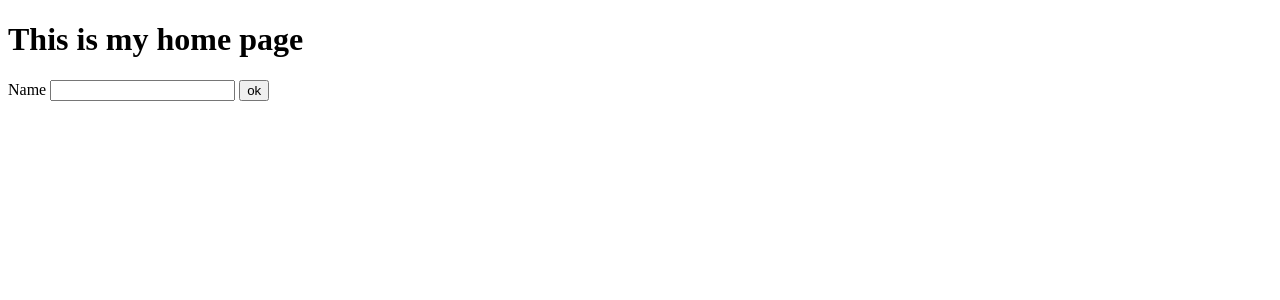
Repository: gautamsonam011/CMS
Page: http://localhost/home/
The author's editor kept a copy of each file at every save. The page is drawn from the files as they stood at one save, then again after the next save.
The browser window is 1280 px wide. The pictures show the whole page.
The page is served by the project's application, run on Django 5.2 (manage.py). Other server files are loaded and not shown.

Above is the page before, as saved 2025-09-06 11:52:48.

### templates/home.html
<!DOCTYPE html>
<html lang="en">
<head>
    <meta charset="UTF-8">
    <meta name="viewport" content="width=device-width, initial-scale=1.0">
    <title>Home Page</title>
    <!-- internal css
    external css
    inline css -->

</head>
<body>
    <h1>This is my home page</h1>
    <form action="" method="get">
        <label for="name" >Name</label>
        <input id="name" name="name" type="text">
        <input type="submit" value="ok">
    </form>
</body>
</html>

### CMS/views.py
# Here write your logical code
# This is a business logic layer
from django.http import HttpResponse
from django.shortcuts import render

def client_request_response(request):
    return HttpResponse("<h1>Hello Django Project</h1>")

def request_add_two_numbers(request):
    return HttpResponse("<h1>Add two numbers and sum = 78 </h1>")

def request_message(request):
    return HttpResponse("<h1>'Message type content' refers to either the actual data or text within a message (the content of the message) or, in a technical context, the definition of the structure and type of data a message can hold, such as MIME message types, SAP message types, or message types in programming languages like Java. The specific meaning depends on whether you're talking about the message's substance or its programmatic definition and structure. </h1>")

def my_first_template(request):
    return render(request, 'firstfile.html')

def my_home_page(request):
    return render(request, 'home.html')

### CMS/urls.py

from django.contrib import admin
from django.urls import path
from . import views

urlpatterns = [
    path('admin/', admin.site.urls),
    path("client/", views.client_request_response),
    path("add/", views.request_add_two_numbers),
    path('message/', views.request_message),
    path('first/', views.my_first_template),
    path('home/', views.my_home_page),
]

After the next save:
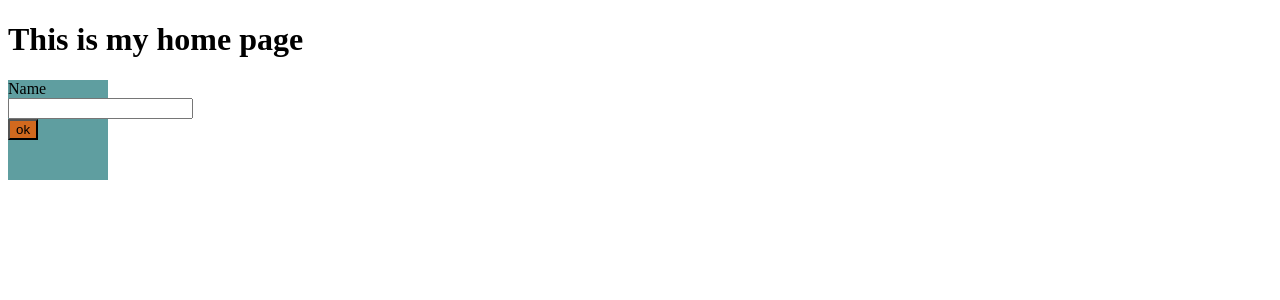
Saved 79 s later.
--- a/templates/home.html
+++ b/templates/home.html
@@ -7,14 +7,20 @@
     <!-- internal css
     external css
     inline css -->
-
+    <style>
+        form{
+            width:100px;
+            height: 100px;
+            background-color: cadetblue;
+        }
+    </style>
 </head>
 <body>
     <h1>This is my home page</h1>
     <form action="" method="get">
         <label for="name" >Name</label>
         <input id="name" name="name" type="text">
-        <input type="submit" value="ok">
+        <input type="submit" value="ok" style="background-color: chocolate;">
     </form>
 </body>
 </html>
